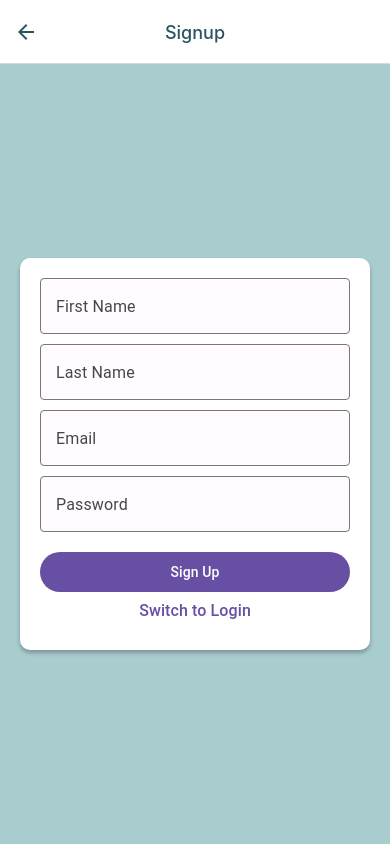
Repository: SaudCh/Expo-Pethub
Screen: /Signup
The author's editor kept a copy of each file at every save. The screen is drawn from the files as they stood at one save, then again after the next save.
The app was drawn by React Native's web renderer in a window 390 px wide. The project was rebuilt for these pictures with package versions that can differ from the ones it lists, and the page was loaded fresh each time. Also part of the build but not shown: Screens/Home.js, Screens/Profile.js, Screens/UpdateProfile.js, Components/Avatar.js, Screens/ForgetPassword.js.

Above is the screen before, as saved 2022-11-15 00:48:26.

### App.js
import { StatusBar } from 'expo-status-bar';
import 'react-native-gesture-handler';
import { StyleSheet, Text, View } from 'react-native';
import { Provider as PaperProvider } from 'react-native-paper';
import AppNavigator from './Components/Navigator';

export default function App() {
  return (
    <PaperProvider>
      <AppNavigator />
    </PaperProvider>
  );
}

const styles = StyleSheet.create({
  container: {
    flex: 1,
    backgroundColor: '#fff',
    alignItems: 'center',
    justifyContent: 'center',
  },
});

### Components/Navigator.js
// In App.js in a new project

import * as React from 'react';
import { View, Text } from 'react-native';
import { NavigationContainer } from '@react-navigation/native';
import { createNativeStackNavigator } from '@react-navigation/native-stack';
import Login from '../Screens/Login';
import Signup from '../Screens/Signup';
import Home from '../Screens/Home';
import Profile from '../Screens/Profile';
import UpdateProfile from '../Screens/UpdateProfile';
import Avatar from './Avatar';
import ForgetPassword from '../Screens/ForgetPassword';

function HomeScreen() {
    return (
        <View style={{ flex: 1, alignItems: 'center', justifyContent: 'center' }}>
            <Text>Home Screen</Text>
        </View>
    );
}

const Stack = createNativeStackNavigator();

function AppNavigator() {
    return (
        <NavigationContainer>
            <Stack.Navigator>
                <Stack.Screen name="Login" component={Login} options={{
                    title: 'Login',
                    headerTintColor: "#2B5262",
                    headerTitleAlign: 'center'
                }} />

                <Stack.Screen name="Signup" component={Signup} options={{
                    title: 'Signup',
                    headerTintColor: "#2B5262",
                    headerTitleAlign: 'center'
                }} />

                <Stack.Screen name="ForgetPassword" component={ForgetPassword} options={{
                    title: 'Forget Password',
                    headerTintColor: "#2B5262",
                    headerTitleAlign: 'center'
                }} />

                <Stack.Screen name="Home" component={Home}
                    options={{
                        title: 'Home',
                        headerTintColor: "#2B5262",
                        headerTitleAlign: 'center',
                        headerRight: () => (
                            <Avatar />
                        )
                    }}
                />

                <Stack.Screen name="Profile" component={Profile} options={{
                    title: 'Profile',
                    headerTintColor: "#2B5262",
                    headerTitleAlign: 'center'
                }} />
                <Stack.Screen name="UpdateProfile" component={UpdateProfile} options={{
                    title: 'Update',
                    headerTintColor: "#2B5262",
                    headerTitleAlign: 'center',
                }} />

            </Stack.Navigator>
        </NavigationContainer>
    );
}

export default AppNavigator;

### Screens/Login.js
import { useNavigation } from "@react-navigation/native";
import React, { useState, useEffect } from "react";
import { View, Text, StyleSheet, ActivityIndicator, Alert, TouchableOpacity } from 'react-native'
import { TextInput, Button } from "react-native-paper"

export default function Login() {

    const navigation = useNavigation()

    const [data, setData] = useState({
        email: '',
        password: ''
    })

    return (
        <View style={{ ...styles.body }}>
            <View style={{ ...styles.box }}>
                <View>
                    <TextInput
                        mode="outlined"
                        placeholder="Email"
                        style={{ marginBottom: 10 }}
                        value={data.email}
                        onChangeText={text => setData({ ...data, email: text })}
                    />
                </View>
                <View>
                    <TextInput
                        mode="outlined"
                        placeholder="Password"
                        value={data.password}
                        style={{ marginBottom: 10 }}
                        onChangeText={text => setData({ ...data, password: text })}
                        secureTextEntry
                    />
                </View>
                <TouchableOpacity onPress={()=>navigation.navigate("ForgetPassword")}>
                    <Text style={{ alignSelf: 'flex-end', color: 'blue' }}>Forgot Password?</Text>
                </TouchableOpacity>
                <View>
                    <Button mode="contained" onPress={() => navigation.replace('Home')} style={{ marginTop: 10 }} >
                        Login
                    </Button>

                    <Button onPress={() => navigation.navigate("Signup")} style={{ backgroundColor: 'transparent' }}>
                        <Text style={{ ...styles.bottomText }}>Switch to Signup</Text>
                    </Button>
                </View>
            </View>
        </View >
    );
}
const styles = StyleSheet.create({
    body: {
        flex: 1,
        alignItems: "center",
        justifyContent: 'center',
        backgroundColor: '#A9CCCF'
    },
    box: {
        shadowColor: "#000",
        shadowOffset: {
            width: 0,
            height: 3,
        },
        shadowOpacity: 0.27,
        shadowRadius: 4.65,
        elevation: 6,
        borderRadius: 10,

        backgroundColor: "#fff",
        padding: 20,
        width: 350
    },
    inputText: {
        fontWeight: 'bold'
    },
    bottomText: {
        fontSize: 16
    }
});

### Screens/Signup.js
import { useNavigation } from "@react-navigation/native";
import React, { useState, useEffect } from "react";
import { View, Text, StyleSheet, ActivityIndicator, Alert } from 'react-native'
import { TextInput, Button } from "react-native-paper"

export default function Login() {

    const navigation = useNavigation()

    const [data, setData] = useState({
        firstname: '',
        lastname: '',
        email: '',
        password: '',
        confirmPassword: ''
    })

    return (
        <View style={{ ...styles.body }}>
            <View style={{ ...styles.box }}>
                <TextInput
                    mode="outlined"
                    placeholder="First Name"
                    style={{ marginBottom: 10 }}
                    value={data.firstname}
                    onChangeText={text => setData({ ...data, firstname: text })}
                />

                <TextInput
                    mode="outlined"
                    placeholder="Last Name"
                    style={{ marginBottom: 10 }}
                    value={data.lastname}
                    onChangeText={text => setData({ ...data, lastname: text })}
                />

                <TextInput
                    mode="outlined"
                    placeholder="Email"
                    style={{ marginBottom: 10 }}
                    value={data.email}
                    onChangeText={text => setData({ ...data, email: text })}
                />

                <TextInput
                    mode="outlined"
                    placeholder="Password"
                    value={data.password}
                    style={{ marginBottom: 10 }}
                    onChangeText={text => setData({ ...data, password: text })}
                    secureTextEntry
                />
                <View>
                    <Button mode="contained" onPress={() => navigation.replace('Login')} style={{ marginTop: 10 }} >
                        Sign Up
                    </Button>

                    <Button onPress={() => navigation.goBack()} style={{ backgroundColor: 'transparent' }}>
                        <Text style={{ ...styles.bottomText }}>Switch to Login</Text>
                    </Button>
                </View>
            </View>
        </View >
    );
}
const styles = StyleSheet.create({
    body: {
        flex: 1,
        alignItems: "center",
        justifyContent: 'center',
        backgroundColor: '#A9CCCF'
    },
    box: {
        shadowColor: "#000",
        shadowOffset: {
            width: 0,
            height: 3,
        },
        shadowOpacity: 0.27,
        shadowRadius: 4.65,
        elevation: 6,
        borderRadius: 10,

        backgroundColor: "#fff",
        padding: 20,
        width: 350
    },
    inputText: {
        fontWeight: 'bold'
    },
    bottomText: {
        fontSize: 16
    }
});

After the next save:
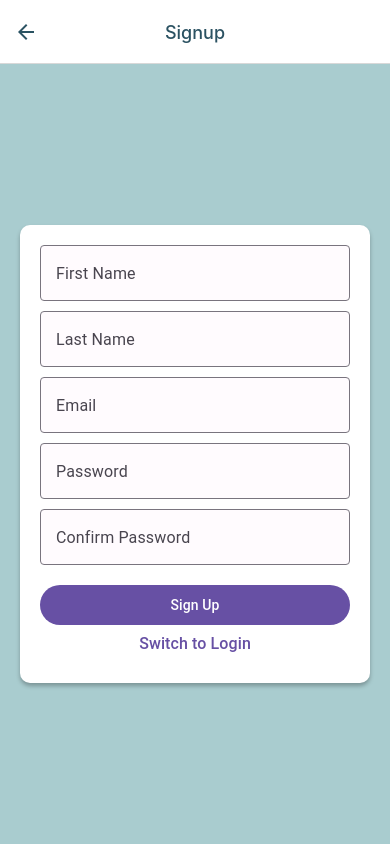
Saved 14 s later.
--- a/Screens/Signup.js
+++ b/Screens/Signup.js
@@ -50,6 +50,17 @@ export default function Login() {
                     onChangeText={text => setData({ ...data, password: text })}
                     secureTextEntry
                 />
+
+                <TextInput
+                    mode="outlined"
+                    placeholder="Confirm Password"
+                    value={data.confirmPassword}
+                    style={{ marginBottom: 10 }}
+                    onChangeText={text => setData({ ...data, confirmPassword: text })}
+                    secureTextEntry
+                />
+
+
                 <View>
                     <Button mode="contained" onPress={() => navigation.replace('Login')} style={{ marginTop: 10 }} >
                         Sign Up
